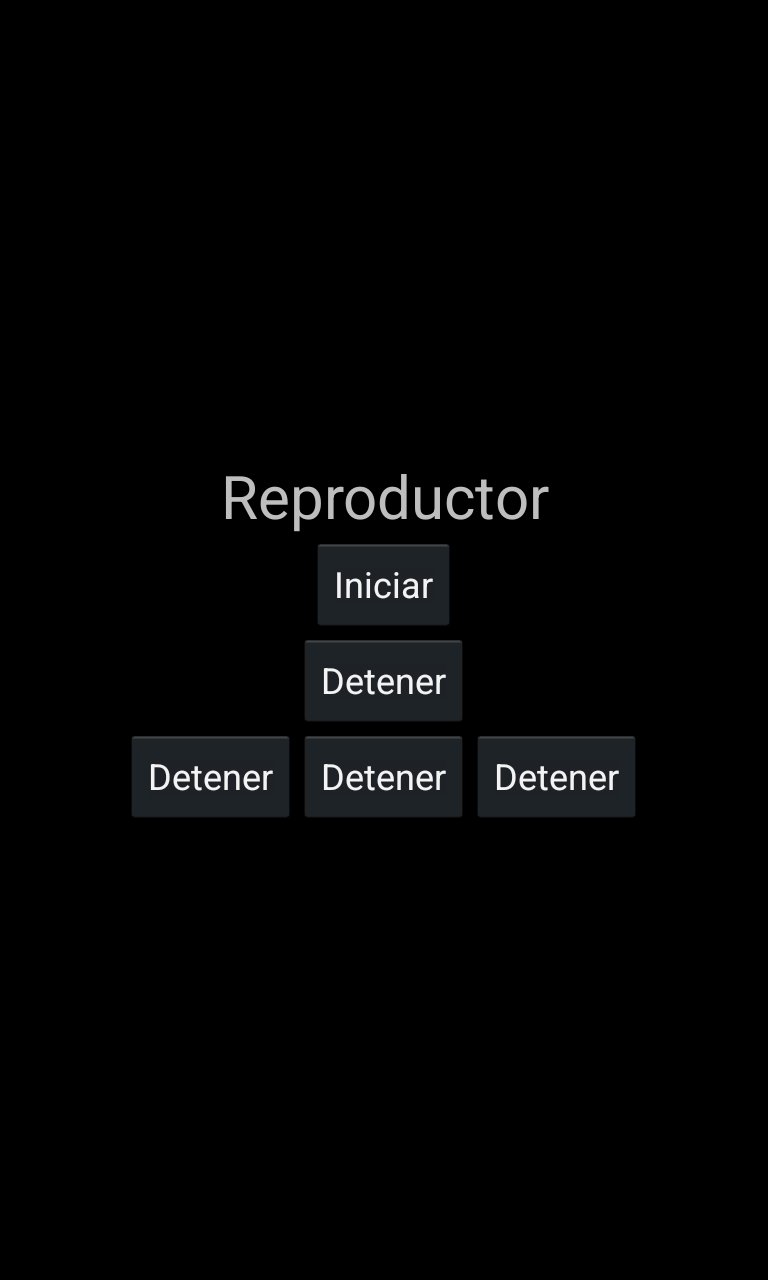
Repository: dorisserruto/un_exercises
Layout: javaandroid/Recursos/workspace-profe/lab13_player1/res/layout/main.xml
An editor plug-in stored every save of this project. The layout is shown before and after the next save, followed by the edit.
It is drawn on a 768 x 1280 px phone screen (xhdpi) without system bars, with theme android:Theme.Holo; the app's code is not run.

Above is the layout before, as saved 2012-06-24 16:52:12.

### javaandroid/Recursos/workspace-profe/lab13_player1/res/layout/main.xml
<?xml version="1.0" encoding="utf-8"?>
<LinearLayout xmlns:android="http://schemas.android.com/apk/res/android"
    android:layout_width="fill_parent"
    android:layout_height="fill_parent"
    android:gravity="center"
    android:orientation="vertical" >
    >


    <TextView
        android:layout_width="fill_parent"
        android:layout_height="wrap_content"
        android:gravity="center"
        android:text="Reproductor"
        android:textSize="30sp" />

    <Button
        android:id="@+id/btnStart"
        android:layout_width="wrap_content"
        android:layout_height="wrap_content"
        android:text="Iniciar" />

    <Button
        android:id="@+id/btnFinalizar"
        android:layout_width="wrap_content"
        android:layout_height="wrap_content"
        android:text="Detener" />

    <LinearLayout
        android:layout_width="wrap_content"
        android:layout_height="wrap_content"
        android:orientation="horizontal" >

        <Button
        android:id="@+id/btn1"
        android:layout_width="wrap_content"
        android:layout_height="wrap_content"
        android:text="Detener" />
        <Button
        android:id="@+id/btn2"
        android:layout_width="wrap_content"
        android:layout_height="wrap_content"
        android:text="Detener" />
        <Button
        android:id="@+id/btn3"
        android:layout_width="wrap_content"
        android:layout_height="wrap_content"
        android:text="Detener" />

    </LinearLayout>
    <LinearLayout
        android:layout_width="wrap_content"
        android:layout_height="wrap_content"
        android:orientation="horizontal" >
    </LinearLayout>
    <LinearLayout
        android:layout_width="wrap_content"
        android:layout_height="wrap_content"
        android:orientation="horizontal" >
    </LinearLayout>

</LinearLayout>

After the next save:
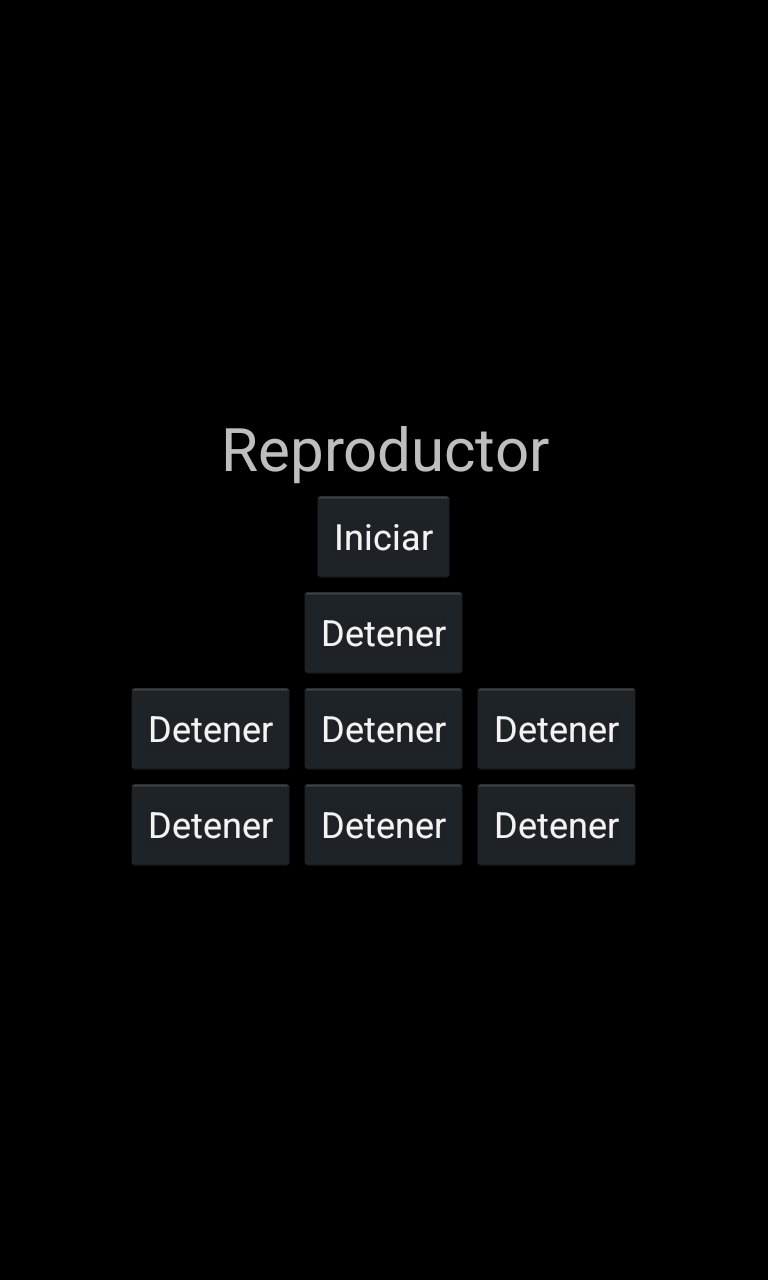
Saved 23 s later.
--- a/javaandroid/Recursos/workspace-profe/lab13_player1/res/layout/main.xml
+++ b/javaandroid/Recursos/workspace-profe/lab13_player1/res/layout/main.xml
@@ -52,6 +52,23 @@
         android:layout_width="wrap_content"
         android:layout_height="wrap_content"
         android:orientation="horizontal" >
+
+        <Button
+        android:id="@+id/btn4"
+        android:layout_width="wrap_content"
+        android:layout_height="wrap_content"
+        android:text="Detener" />
+        <Button
+        android:id="@+id/btn5"
+        android:layout_width="wrap_content"
+        android:layout_height="wrap_content"
+        android:text="Detener" />
+        <Button
+        android:id="@+id/btn6"
+        android:layout_width="wrap_content"
+        android:layout_height="wrap_content"
+        android:text="Detener" />
+
     </LinearLayout>
     <LinearLayout
         android:layout_width="wrap_content"
